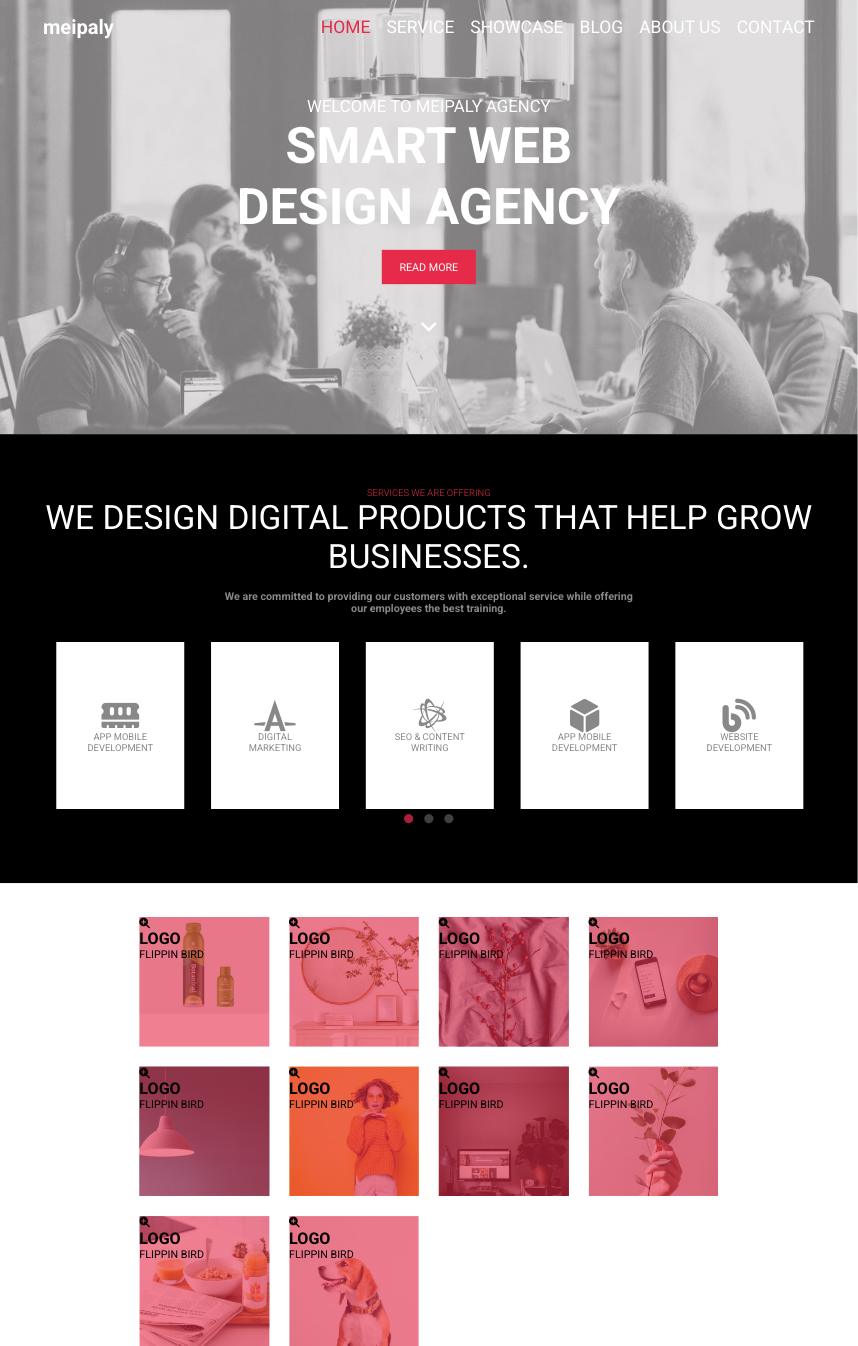
Repository: ducdatit2002/meipaly
Page: index.html
The author's editor kept a copy of each file at every save. The page is drawn from the files as they stood at one save, then again after the next save.
The browser window is 1280 px wide. The pictures show the whole page, at 67% of full size.

Above is the page before, as saved 2023-07-17 19:32:00.

After the next save:
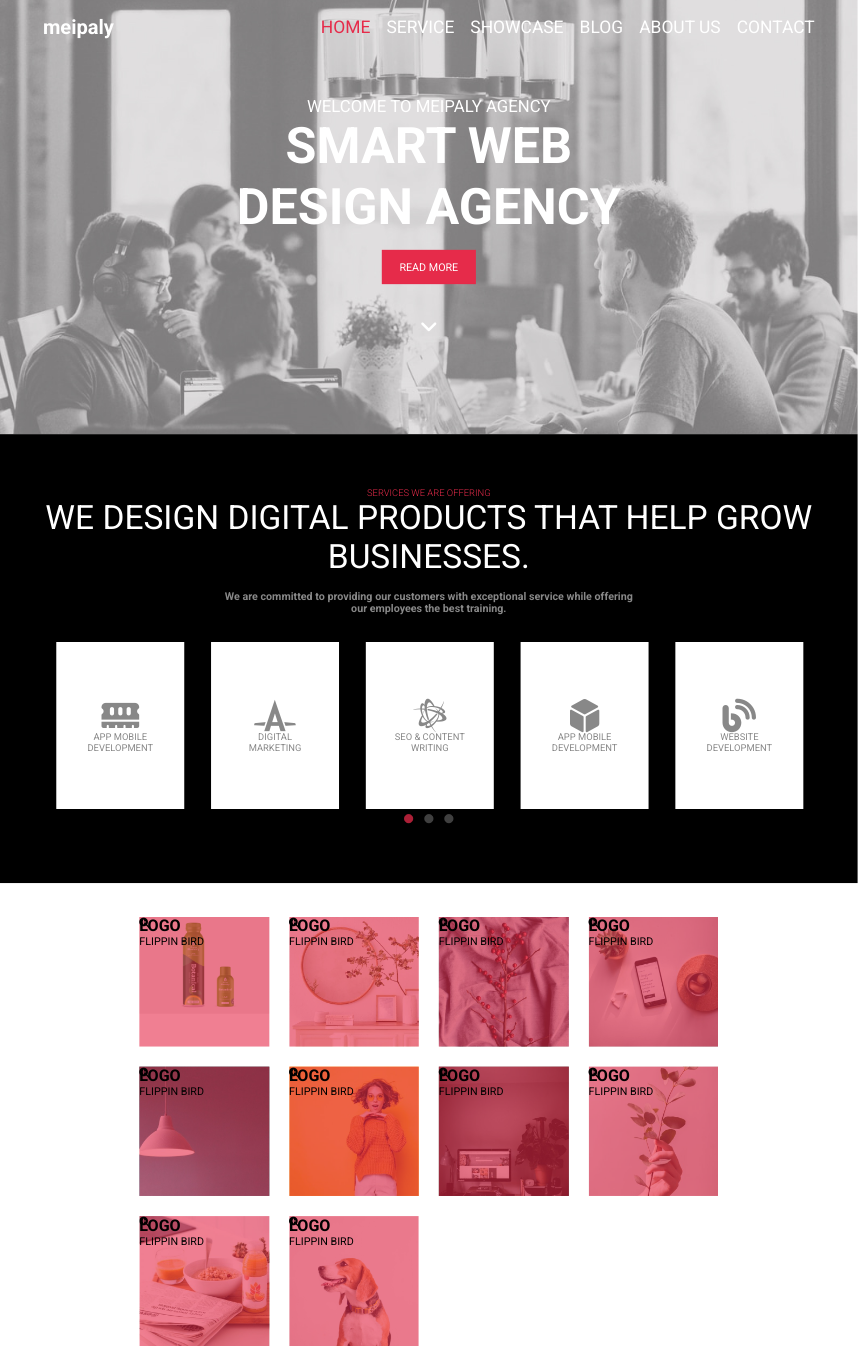
Saved 5 s later.
--- a/index.css
+++ b/index.css
@@ -197,5 +197,6 @@ header a.active, header a:hover {
     left: 0;
 }
 .blog__search {
-    position: ;
-}
+    position: absolute;
+    top: ;
+}
